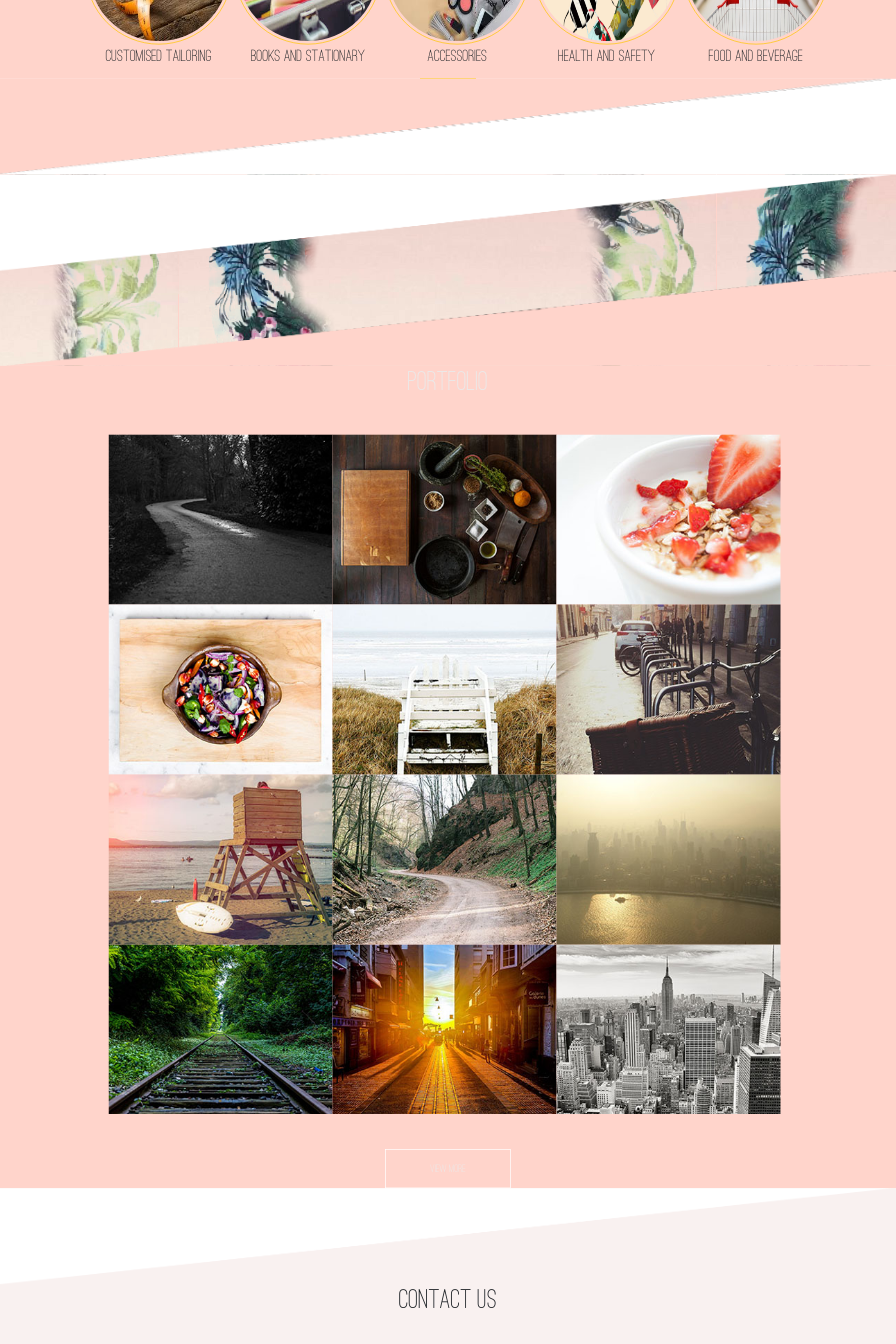
Repository: Demonster1999/newshoperrepo
Page: index.html
The author's editor kept a copy of each file at every save. The page is drawn from the files as they stood at one save, then again after a run of saves.
The browser window is 1280 px wide. The pictures show the part of the page from y = 2521 to 4441 px (the page is 5109 px tall before and 4836 px after), at 70% of full size.
Some web libraries are served in a nearby version.

Above is the page before, as saved 2020-07-21 15:06:31.
Console error: TypeError: Cannot read properties of null (reading 'getContext')

After the next 3 saves:
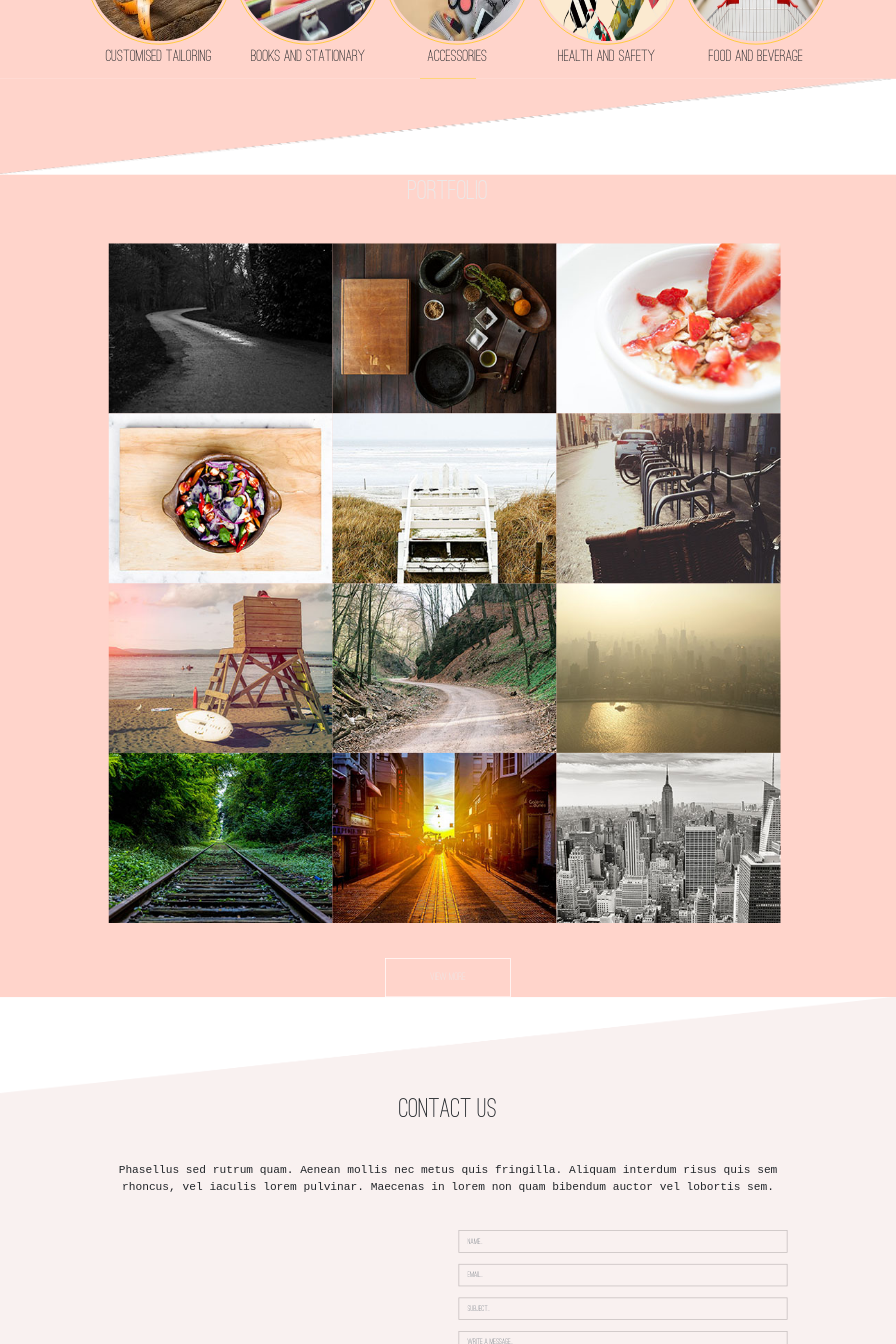
The 3 saves are shown as one change because they came seconds apart.
The last was saved 16 s later.
--- a/index.html
+++ b/index.html
@@ -290,13 +290,6 @@
 
 
 
-		<section class="london-market-services tm-section tm-orange-bg-transparent" id="services" >
-			<img src="images/tm-border-white-top.png" alt="Border" class="tm-border">
-<!-- 			content in between -->
-
-			<img src="images/tm-border-black-bottom.png" alt="Border" class="tm-border">
-		</section> <!-- services -->
-
 
 
 

After the save that followed:
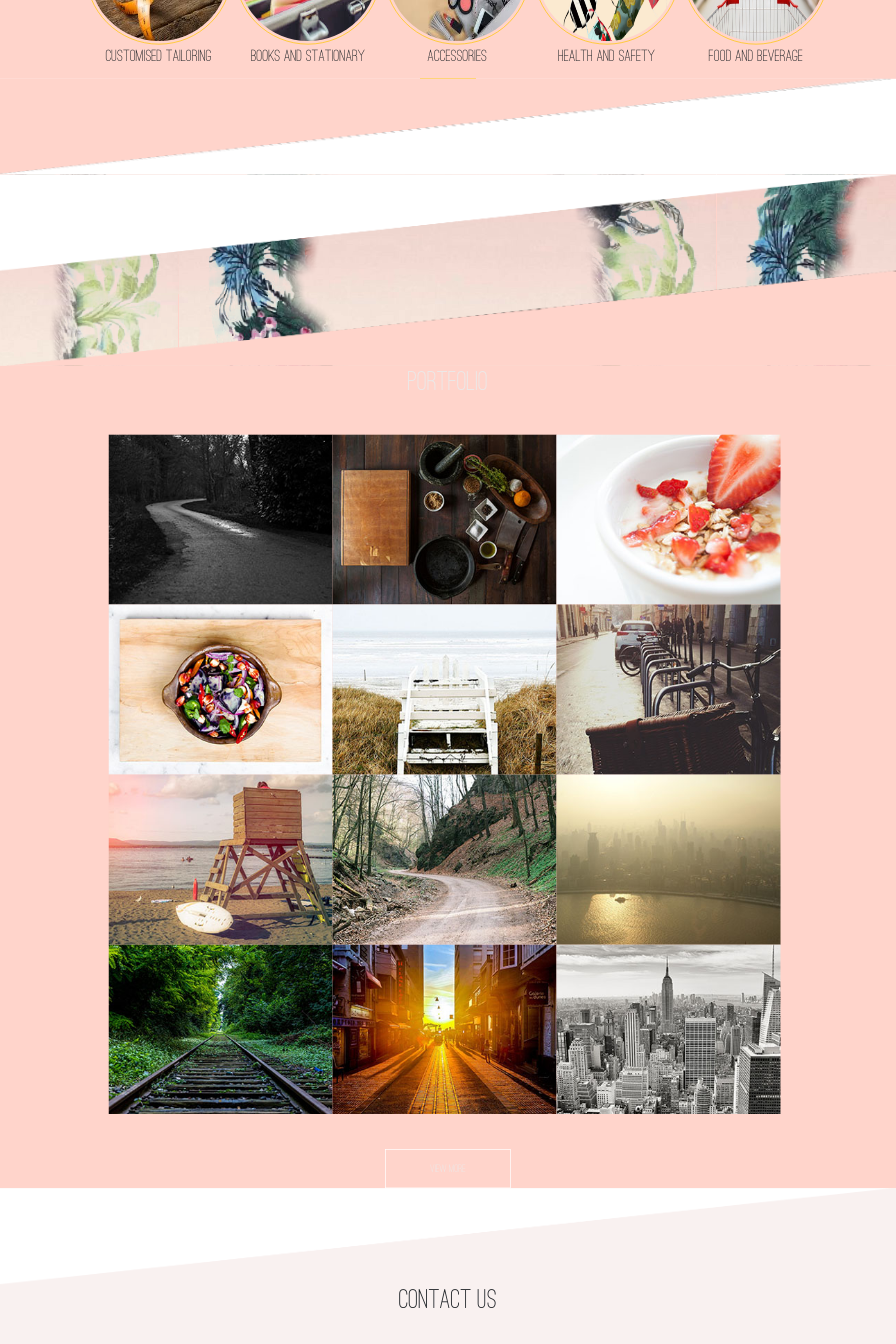
Saved 32 s later.
--- a/index.html
+++ b/index.html
@@ -290,6 +290,13 @@
 
 
 
+		<section class="london-market-services tm-section tm-orange-bg-transparent" id="services" >
+			<img src="images/tm-border-white-top.png" alt="Border" class="tm-border">
+<!-- 			content in between -->
+
+			<img src="images/tm-border-black-bottom.png" alt="Border" class="tm-border">
+		</section> <!-- services -->
+
 
 
 
